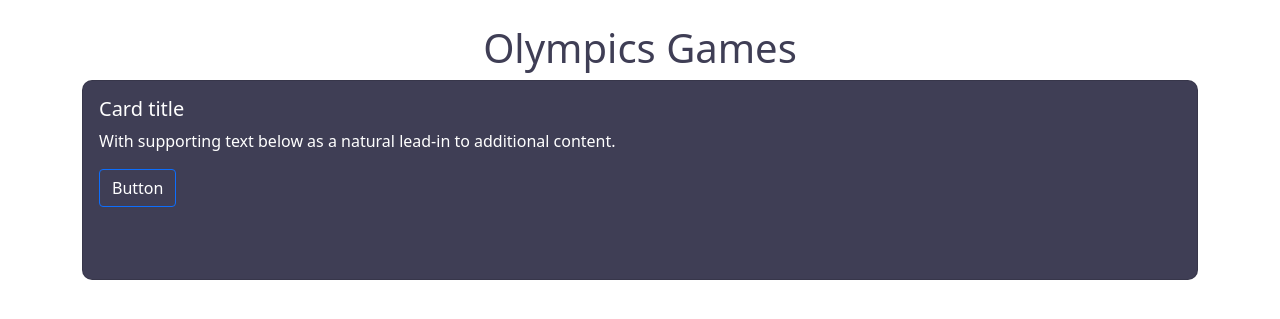
Repository: ahmedazawi/olympic_games
Page: client/views/index.html
An editor plug-in stored every save of this project. The page is shown before and after the next save, followed by the edit.
The browser window is 1280 px wide. The pictures show the whole page.

Above is the page before, as saved 2021-12-24 12:58:33.

### client/views/index.html
<!DOCTYPE html>
<html lang="en">

<head>
    <meta charset="UTF-8">
    <meta http-equiv="X-UA-Compatible" content="IE=edge">
    <meta name="viewport" content="width=device-width, initial-scale=1.0">
    <link href="https://cdn.jsdelivr.net/npm/bootstrap@5.1.3/dist/css/bootstrap.min.css" rel="stylesheet"
        integrity="sha384-1BmE4kWBq78iYhFldvKuhfTAU6auU8tT94WrHftjDbrCEXSU1oBoqyl2QvZ6jIW3" crossorigin="anonymous">
    <link rel="stylesheet" href="/css/index.css">
    <title>Home</title>
</head>

<body>
    <div class="background-img">
        <img>

    </div>

    <div class="body-container d-flex flex-column align-items-center w-100">
        <h1 class="">Olympics Games</h1>
        <div class="container">
            <div class="row g-4">
                <div class="col-12">
                    <div class="card w-100">
                        <div class="card-body">
                            <h5 class="card-title">Card title</h5>
                            <p class="card-text">With supporting text below as a natural lead-in to additional content.
                            </p>
                            <a href="#" class="btn btn-primary bg-app-color">Button</a>
                        </div>
                    </div>
                </div>
            </div>
        </div>
    </div>

    <script src="https://cdn.jsdelivr.net/npm/bootstrap@5.1.3/dist/js/bootstrap.bundle.min.js"
        integrity="sha384-ka7Sk0Gln4gmtz2MlQnikT1wXgYsOg+OMhuP+IlRH9sENBO0LRn5q+8nbTov4+1p"
        crossorigin="anonymous"></script>
</body>

</html>

### client/assets/css/index.css
* {
  --appColor: rgb(63, 62, 85);
}
body {
  color: var(--appColor);
}
.bg-app-color {
  background-color: var(--appColor);
}
.font-app-color {
  color: var(--appColor);
}
.body-container .card {
  border-radius: 10px;
  height: 200px;
  background-color: var(--appColor);
  color: white;
}

After the next save:
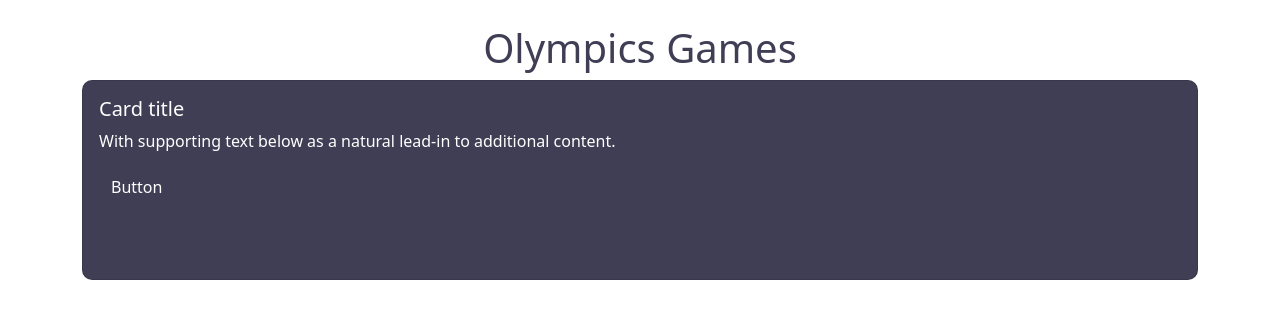
Saved 18 s later.
--- a/client/assets/css/index.css
+++ b/client/assets/css/index.css
@@ -6,6 +6,7 @@
 }
 .bg-app-color {
   background-color: var(--appColor);
+  border: var(--appColor);
 }
 .font-app-color {
   color: var(--appColor);
